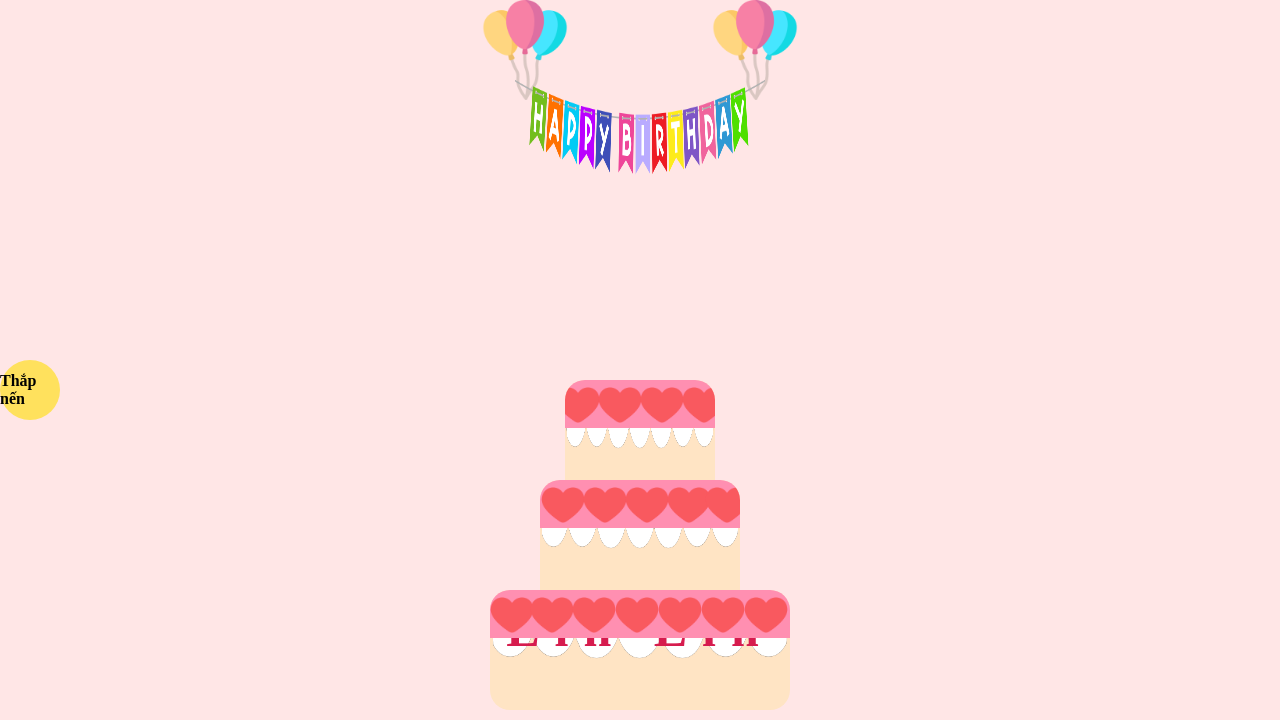
Repository: iphoneboy46/happybirthday
Page: index.html
An editor plug-in stored every save of this project. The page is shown before and after the next save, followed by the edit.
The browser window is 1280 px wide. The pictures show the whole page.
Some web fonts or font styles are not loaded; a fallback is used.

Above is the page before, as saved 2022-11-28 21:25:03.

After the next save:
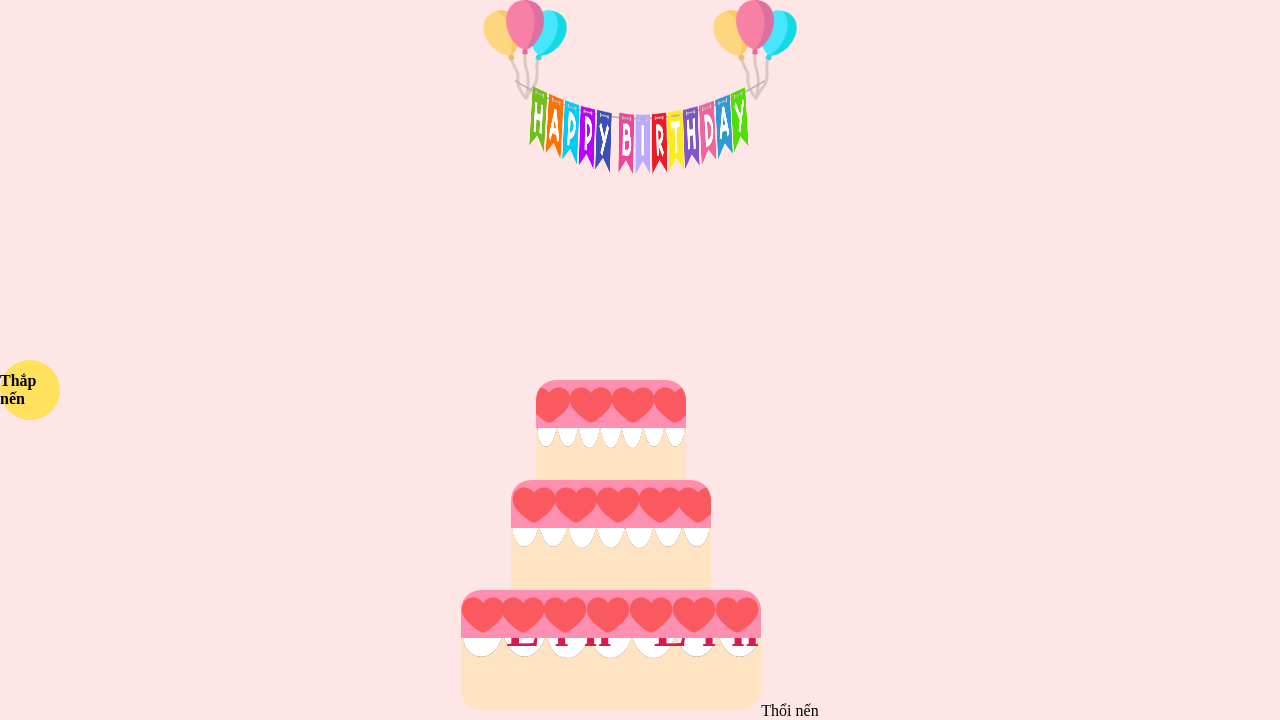
Saved 40 s later.
--- a/index.html
+++ b/index.html
@@ -120,6 +120,7 @@
         </div>
       </div>
       <div class="btnThapnen">Thắp nến</div>
+      <div class="btnThoinen">Thổi nến</div>
     </div>
     <script src="index.js"></script>
   </body>

After the 2 saves that followed:
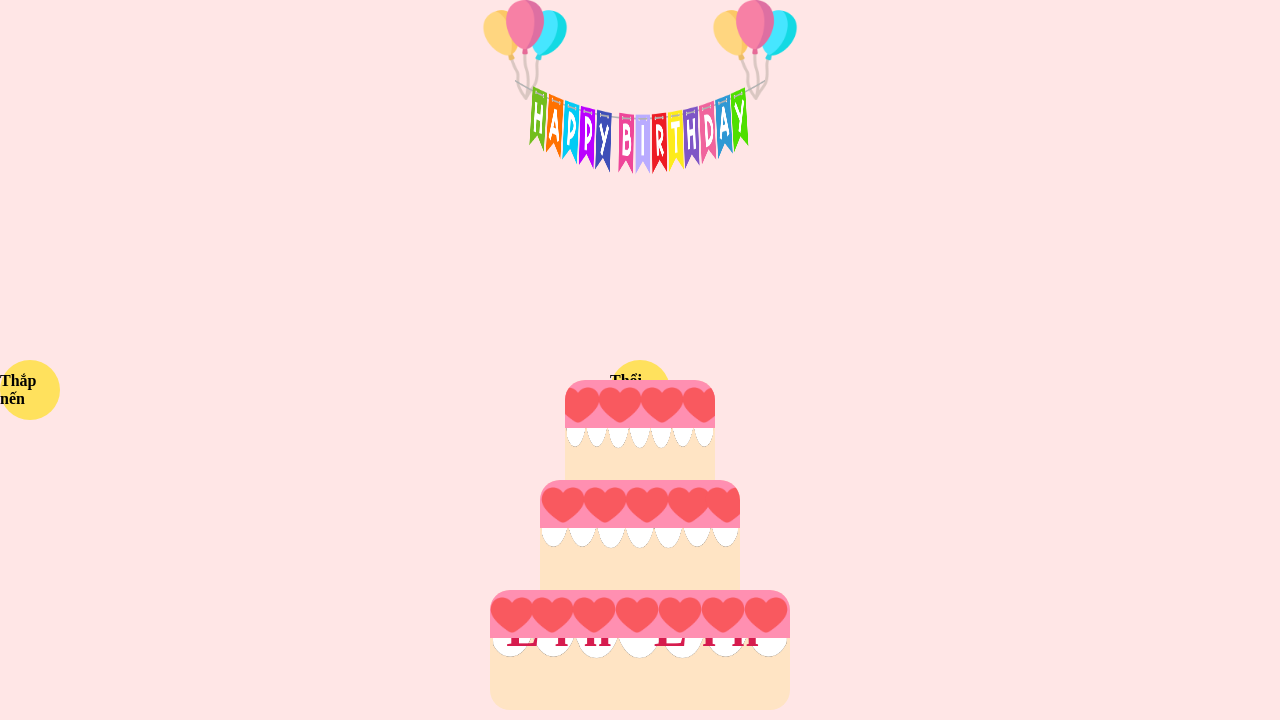
The 2 saves are shown as one change because they came seconds apart.
The last was saved 22 s later.
--- a/style.css
+++ b/style.css
@@ -587,3 +587,19 @@ body {
     user-select: none;
     background-color: #FFE15D;
 }
+
+.btnThoinen {
+    display: flex;
+    justify-content: center;
+    align-items: center;
+    flex-direction: column;
+    border-radius: 50%;
+    width: 60px;
+    height: 60px;
+    position: absolute;
+    font-weight: bolder;
+    top: 50%;
+    right: ;: 0;
+    user-select: none;
+    background-color: #FFE15D;
+}
